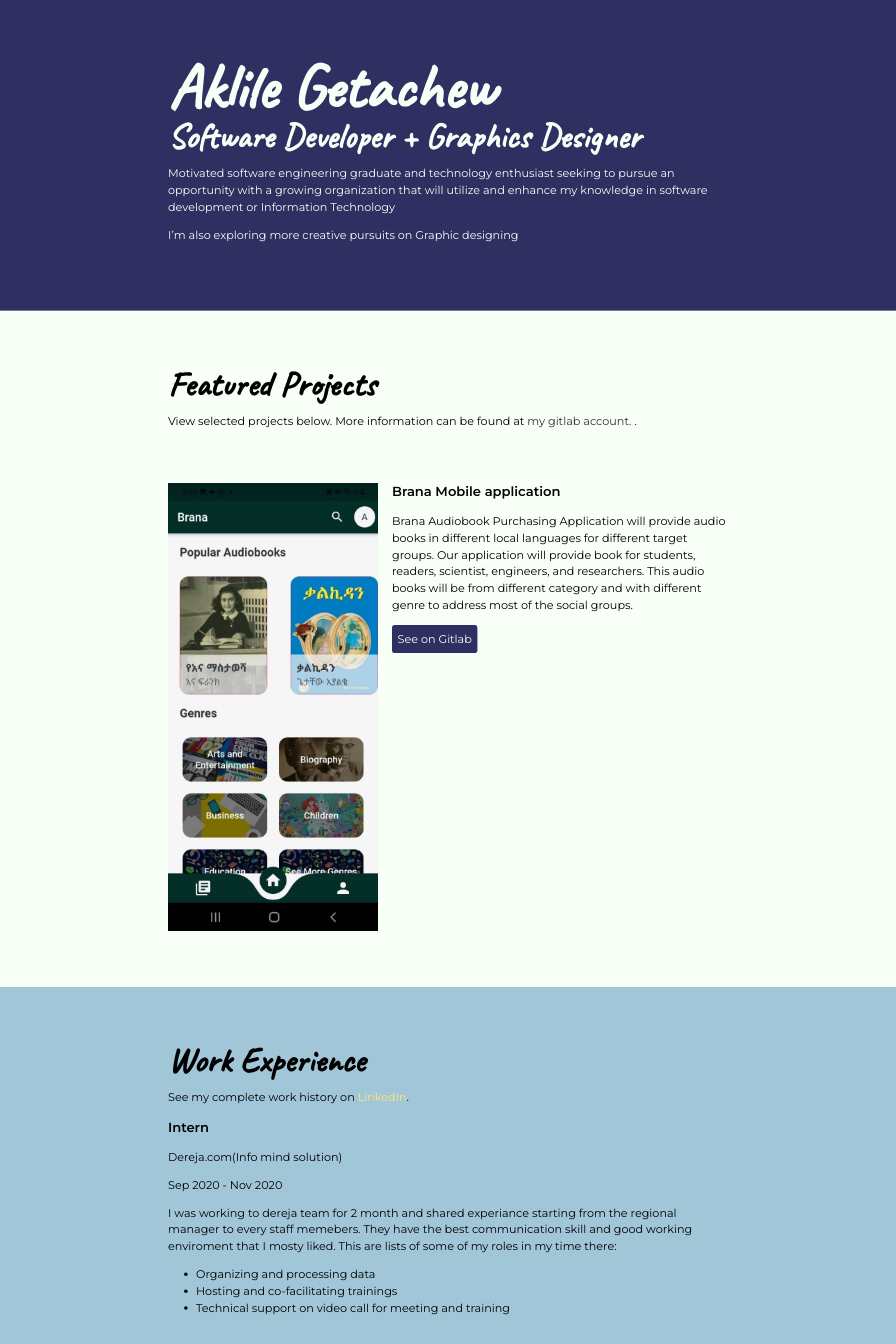
Repository: Aklilegetachew/my-Portfolio
Page: index.html
These files come from the project's save history. The page is drawn as it stood at one moment and after the next save; the edit follows.
The browser window is 1280 px wide. The pictures show the part of the page from y = 0 to 1920 px (the page is 3389 px tall), at 70% of full size.

Above is the page before, as saved 2021-11-23 19:21:59.

### index.html
<!DOCTYPE html>
<html lang="en">
  <head>
    <meta charset="UTF-8">
    <meta name="viewport" content="width=device-width, initial-scale=1.0">
    <title>Aklile Getachew, Software Engineer</title>
     <link href="https://fonts.googleapis.com/css?family=Caveat|Montserrat:400,600&display=swap" rel="stylesheet">
    <link rel="stylesheet" href="css/styles.css">
  </head>
  <body>
    <main>
      <!-- ***********************  ABOUT / PROFILE  *********************** -->
      <header>
        <div class="content-wrap">
          <h1>Aklile Getachew</h1>
          <h2>Software Developer + Graphics Designer</h2>

          <p>Motivated software engineering graduate and technology enthusiast seeking
            to pursue an opportunity with a growing organization that will utilize and
            enhance my knowledge in software development or Information Technology</p>
          <p>I’m also exploring more creative pursuits on Graphic designing </p>
        </div>
      </header>

      <!-- ********************  PROJECTS / PORTFOLIO  ********************* -->
      <section class="projects">
        <div class="content-wrap divider">
          <h2>Featured Projects</h2>
          <p>View selected projects below. More information can be found at <a href="http://christinatruong.com">my gitlab account. </a>.</p>

          <!-- Project 1 -->
          <section class="project-item">
            <img src="images/brana-home.jpg" alt="brana-home-page">
            <h3>Brana Mobile application</h3>
            <p>Brana Audiobook Purchasing Application will provide audio books in different local languages
              for different target groups. Our application will provide book for students, readers, scientist,
              engineers, and researchers. This audio books will be from different category and with different
              genre to address most of the social groups.</p>
            <a class="btn" href="https://gitlab.com/bisrathailu793/brana/-/tree/master" target="_blank">See on Gitlab </a>
          </section>

          <!-- Project 2
          <section class="project-item">
            <img src="images/project-women-tech.jpg" alt="website thumbnail">
            <h3>Women&&Tech</h3>
            <p>Women&&Tech was launched in 2012 to feature interviews with different women working in the tech industry. I became familiar with them when I was invited to be one of the interviewees! A few years later, I joined the team and helped with the relaunch of the site as the front-end architect.</p>
            <a class="btn" href="http://christinatruong.com/projects/women-and-tech-redesign.html" target="_blank">View the case study</a>
          </section>

           Project 3
          <section class="project-item">
            <img src="images/project-wire-ipsum.jpg" alt="website thumbnail">
            <h3>The Wire Ipsum</h3>
            <p>After coming back from teaching a JavaScript workshop, I felt inspired to create something just for fun. I realized that of all the content/lorem ipsum generators available, there was nothing for HBO’s The Wire fans. I searched for <a href="http://thewireipsum.com" target="_blank">thewireipsum.com</a> domain and it was available! Generate some content for your projects today.</p>
            <a class="btn" href="http://thewireipsum.com" target="_blank">View live site</a>
          </section>-->
        </div>
      </section>

      <!-- ***********************  WORK EXPERIENCE  *********************** -->
      <section class="work-experience">
        <div class="content-wrap divider">
          <h2>Work Experience</h2>
          <p>See my complete work history on <a href="https://www.linkedin.com/in/aklile-getachew-673050181/">LinkedIn</a>.</p>

          <!-- Job 1 -->
          <section class="job-item">
            <div class="job-details">
              <h3>Intern</h3>
              <p>Dereja.com(Info mind solution) </p>
              <p>Sep 2020 - Nov 2020</p>
            </div>
            <div class="job-summary">
              <p>I was working to dereja team for 2 month and  shared experiance starting from the regional manager to every staff memebers. They have the best communication skill and good working enviroment that I mosty liked. This are lists of some of my roles in my time there:</p>
              <ul>
                <li>Organizing and processing data</li>
                <li>Hosting and co-facilitating trainings</li>
                <li>Technical support on video call for meeting and training</li>
              </ul>
            </div>
          </section>
        </div>
      </section>

      <!-- ******************  EDUCATION & CERTIFICATIONS ****************** -->
      <section class="education item-details">
        <div class="content-wrap">
          <h2>Education</h2>

          <section>
            <h3>BACHELOR OF SCIENCE, SOFTWARE ENGINEERING</h3>
            <p>Addis Ababa Science and Technology University, 2021</p>
            <p>4 year full-time program covering all the software development lifecycle.</p>
          </section>

          <section>
            <h3>Elementery to Secondary School</h3>
            <p>Super Holy Saviour, 2000-2018</p>
            <p>Addis Ababa, Ethiopia </p>
          </section>
        </div>
      </section>

      <!-- ******************  E X T R A C U R R I C U L A R A C T I V I T Y ****************** -->
      <section class="extracurricular">
        <div class="content-wrap">
          <h2>Extracurricular activity</h2>

          <section>
            <h3>Marketing and Communication</h3>
            <p>AIESEC | Mar 2020
              <ul>
                <li>Content creation</li>
                <li>Social media management</li>
                <li>Graphics design</li>
                <li>Creating synergy between portfolios</li>
              </ul>
            </p>

          </section>
          <section>
            <h3>Dereja Academy Accerlrator program</h3>
            <p>Dereja.com | Oct 2020
              <ul>
                <li>Soft skill Training</li>
                <li>Hard skill Training</li>
                <li>Graphics design</li>
                <li>Basic Information Technology skill training</li>
              </ul>
            </p>

          </section>
        </div>
      </section>

      <!-- *****************  CONTACT INFO / SOCIAL MEDIA  ***************** -->
      <footer>
        <div class="content-wrap">
          <h2>Let's Keep in Touch!</h2>

          <!-- Social media and contact links. Add or remove any networks. -->
          <ul class="contact-list">
            <li><a href="aklilegetachew@gmail.com">aklilegetachew@gmail.com</a></li>
            <li><a href="https://www.linkedin.com/in/aklile-getachew-673050181/" target="_blank">LinkedIn Account</a></li>
            <li><a href="https://t.me/AKG47" target="_blank">Telegram</a></li>
          </ul>
        </div>
      </footer>
    </main>
  </body>
</html>

### css/styles.css
/*
COLOR PALETTE
https://coolors.co/f7fff7-343434-2f3061-ffe66d-a1c6d7
#F7FFF7 - almost white
#343434 - dark gray - almost black
#2F3061 - blue dark
#FFE66D - yellow
#A1C6D7 - blue light
#D05353 - indian red
*/

/* global
======================================================*/
img{
    width: 300px;
    height: 640px;
}
a{
    color: #FFE66D ;
    text-decoration: none;
}
body{
    margin: 0;
    padding: 0;
    font-family: 'Montserrat', sans-serif;
    line-height: 1.5em;
}
h1{
    font-size: 90px;
    margin: 0;

}
h2{
    margin: 0;
    font-size: 50px;
}
h1, h2 {
    font-family: 'Caveat', cursive;
    line-height: 1em;
}
.content-wrap{
    width: 800px;
    margin: 0 auto;
    padding: 80px 0;
}

/* Heading
======================================================*/
header{
    background-color: #2F3061 ;
    color: #F7FFF7;
}



/* projects
======================================================*/

.projects{
    background-color: #F7FFF7 ;

}

.project-item{
    clear: both;
    margin-top: 60px;
    display: inline-block;
}
.project-item h3{
    margin-top: 0;
}

.project-item img{
    float: left;
    margin-right: 20px;
    width: 300px;
    height: 640px;
}

.projects a{
    color: #343434 ;

}
.projects .btn{
    color: #F7FFF7;
    background-color: #2F3061;
    text-decoration: none;
    padding: 8px;
    border-radius: 4px;
    display: inline-block;
}

/* Work experiance
=======================================================*/
.work-experience{
    background-color: #A1C6D7;

}


/* extracurricular
=======================================================*/
.extracurricular{
    background-color: #D05353;
    color: #F7FFF7;

}

/* footer
=======================================================*/
footer{
    background-color: #343434 ;
    color: #F7FFF7;
}

After the next save:
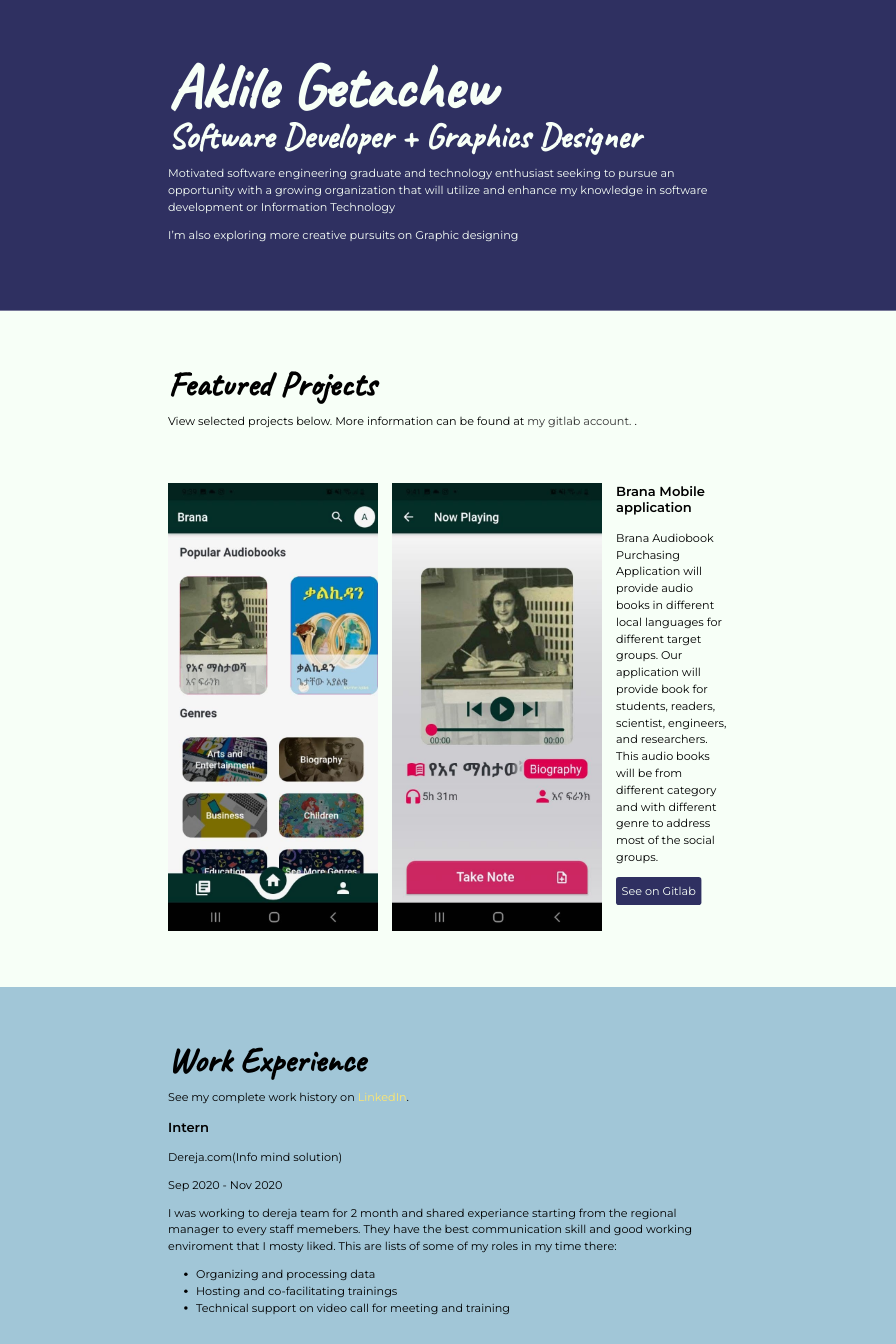
Saved 29 min 40 s later.
--- a/index.html
+++ b/index.html
@@ -30,7 +30,10 @@
 
           <!-- Project 1 -->
           <section class="project-item">
-            <img src="images/brana-home.jpg" alt="brana-home-page">
+            <div class="image-stack">
+              <img src="images/brana-home.jpg" alt="brana-home-page">
+              <img src="images/brana-play.jpg" alt="brana-play-page">
+            </div>
             <h3>Brana Mobile application</h3>
             <p>Brana Audiobook Purchasing Application will provide audio books in different local languages
               for different target groups. Our application will provide book for students, readers, scientist,
